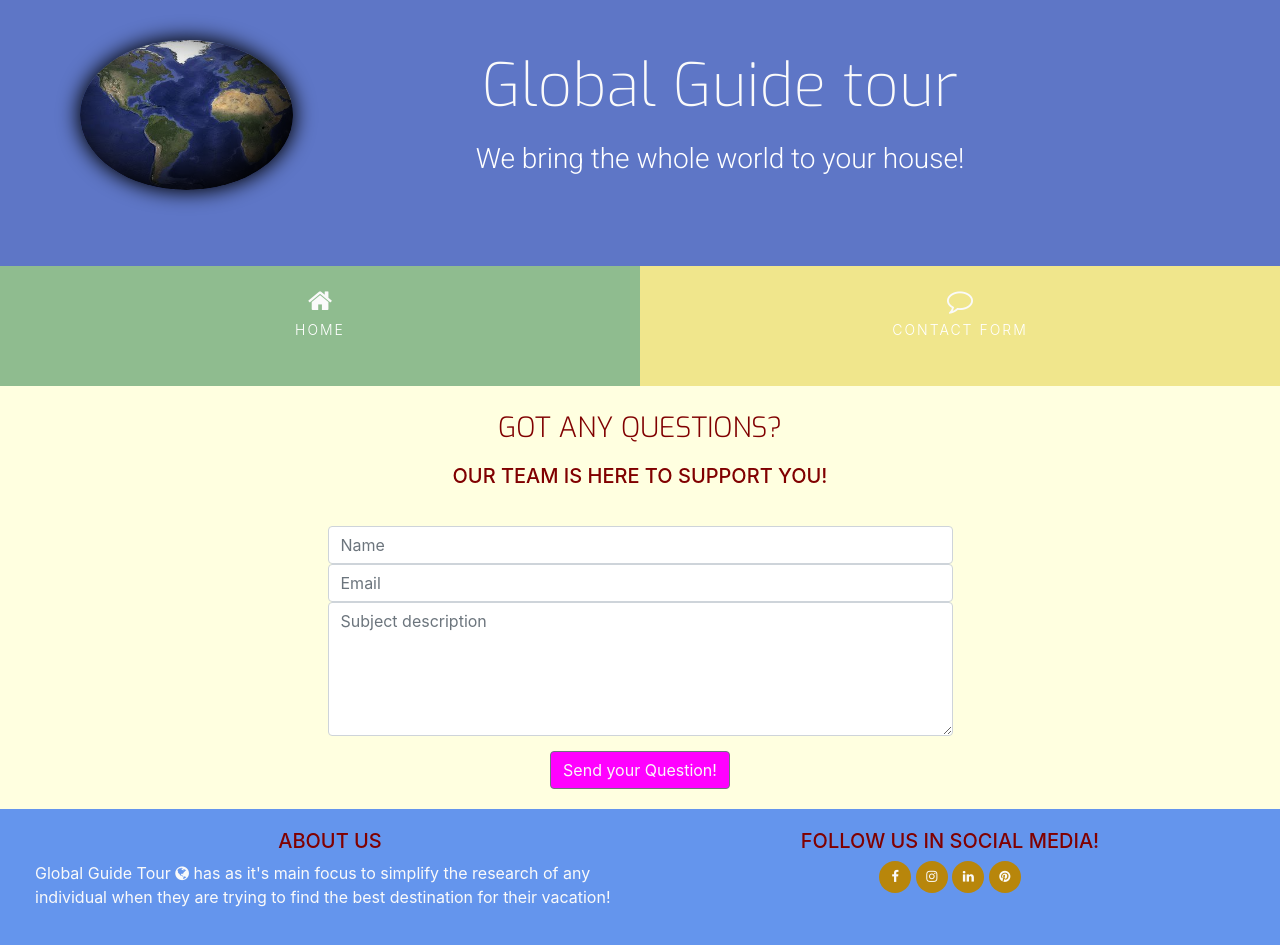
Repository: Bumper0417/2nd-Milestone-Project-with-Javascript
Page: contact-form.html
The author's editor kept a record of every edit. The page is drawn from the files as they stood at one moment, then again after the next edit.
The browser window is 1280 px wide. The pictures show the whole page.
Some web libraries are served in a nearby version.

Above is the page before.

### contact-form.html
<!DOCTYPE html>
<html>
  <head>
    <title>Second Milestone Project</title>
    <meta name="viewport" content="initial-scale=1.0, user-scalable=no">
    <meta charset="utf-8">
    <link rel="stylesheet" href="https://maxcdn.bootstrapcdn.com/bootstrap/4.2.1/css/bootstrap.min.css" type="text/css" />
    <link rel="stylesheet" href="https://maxcdn.bootstrapcdn.com/font-awesome/4.7.0/css/font-awesome.min.css" type="text/css" />
    <link rel="stylesheet" href="https://cdnjs.cloudflare.com/ajax/libs/hover.css/2.3.1/css/hover-min.css" type="text/css" />
    <link rel="stylesheet" href="assets/css/style.css" type="text/css" />
  </head>
  <body>
    <header>
        <div class="row no-gutters">
            <a href="index.html" class="col-md-2 logo"></a>
            <div class="col-md-8 ">
                <div class="row no-gutters bg-color-name-title">
                    <div class="col col-heading">
                        <h1 class="name">Global Guide tour</h1>
                        <h2 class="title">We bring the whole world to your house!</h2>
                    </div>
                </div>
            </div>
        </div>
        <div class="row no-gutters">
                        <ul id="nav" class="list-inline menucontainer">
                            <li class="col-12 col-sm-6 ui-menu-color-home list-inline-item menuitem">
                                <a href="index.html" class="hvr-sweep-to-bottom"><i class="fa fa-home" aria-hidden="true"></i><span>Home </span></a>
                            </li>

                            <li class="col-12 col-sm-6 ui-menu-color-contact list-inline-item menuitem">
                                <a href="contact-form.html" class="hvr-sweep-to-bottom"><i class="fa fa-comment-o" aria-hidden="true"></i><span>Contact Form</span></a>
                            </li>
                        </ul>
        </div>
    </header>
    <section class="container-fluid">
        <div class="row bg-color-contact">
            <div class="col">
                <h3 class="contact-heading uppercase text-center">Got any Questions?</h3>
                <h5 class="uppercase text-center">Our Team is here to support you!</h5>

                <div class="center-form">
                    <form>
                        <input type="text" name="name" id="fullname" class="form-control" placeholder="Name" required/>
                        <input type="email" name="email" id="emailaddress" class="form-control" placeholder="Email" required/>
                        <textarea rows="5"  name="subjectsummary" id="subjectsummary" class="form-control" placeholder="Subject description" required></textarea>
                        <div class="form-row text-center">
                            <div class="col">
                                <button type="submit" class="btn btn-secondary">Send your Question!</button>
                            </div>
                        </div>
                    </form>
                </div>
            </div>
        </div>

    </section>
    <footer class="container-fluid">
      <div id="footer-details" class="row">
        <div class="col-md-6">
          <h5 class="uppercase general-sub">About Us</h5>
          <p class="inline-block">
            Global Guide Tour <i class="fa fa-globe"></i> has as it's main focus to simplify the research of any individual when they are trying to find the best destination for their vacation!
          </p>
        </div>
        <div class="col-md-6">
          <h5 class="uppercase general-sub">Follow us in Social Media!</h5>
          <ul class="list-inline social-links">
                    <li class="list-inline-item">
                        <a target="_blank" href="http://facebook.com/christos.gkoros">
                            <i class="fa fa-facebook" aria-hidden="true"></i>
                            <span class="sr-only">Facebook</span>
                        </a>
                    </li>
                    <li class="list-inline-item">
                        <a target="_blank" href="https://www.instagram.com/xristosgoros/">
                            <i class="fa fa-instagram" aria-hidden="true"></i>
                            <span class="sr-only">Instagram</span>
                        </a>
                    </li>
                    <li class="list-inline-item">
                        <a target="_blank" href="https://www.linkedin.com/in/christos-gkoros-1090a784/">
                            <i class="fa fa-linkedin" aria-hidden="true"></i>
                            <span class="sr-only">LinkedIn</span>
                        </a>
                    </li>
                    <li class="list-inline-item">
                        <a target="_blank" href="https://no.pinterest.com/chrisgoros13/">
                            <i class="fa fa-pinterest" aria-hidden="true"></i>
                            <span class="sr-only">Pinterest</span>
                        </a>
                    </li>
                </ul>
        </div>
      </div>
    </footer>
  </body>
</html>

### assets/css/style.css
@import url('https://fonts.googleapis.com/css?family=Roboto:100,200,300,400,500,600,700|Exo:100,200,300,400,500,600,700');

/*------------Colors--------*/

.bg-color-name-title {
    background-color:#5e76c6;
}

.bg-color-contact{
    background-color:#FFFFE0;
}

.ui-menu-color-home {
    background-color: 	#8FBC8F;
}

.ui-menu-color-contact {
    background-color:#F0E68C;
}


 /*-----Heading-----*/
header {
    background-color:#5e76c6;
    background-size:cover;
    margin: 0;
}

.heading {
    margin-left: 50px;
}

.logo {
    height:150px;
    background: url('../wireframes/earth.jpg');
    border-radius:50%;
    margin-right: 30px;
    margin-left: 80px;
    background-position: cover;
    top:40px;
    background-size: cover;
    box-shadow: -20px -20px 50px 2px #000 inset, 0 0 20px 2px #000;
    animation: spin 30s linear alternate infinite ;
    background-repeat: no-repeat;
    transition: all .5s ease-in-out;
    -moz-transition: all .5s ease-in-out;
    -webkit-transition: all .5s ease-in-out;
}

@keyframes spin {
    100%{background-position: 100%}
}


.name {
    font-family: "Exo", sans-serif;
    font-weight: 200;
    font-size: 60px;
    margin-top: 50px;
    margin-right: 60px;
    color:#fafafa;
    text-align: center;
}

.title {
    font-family: "Roboto", sans-serif;
    font-weight: 300;
    font-size: 28px;
    margin-top: 20px;
    margin-bottom: 90px;
    margin-right: 60px;
    color:#FFFFFF;
    text-align:center;
}


.list-inline-item:not(:last-child) {
    margin: 0;
}
.menucontainer {
    font-size: 0;
}

#nav {
    margin: 0;
    width: 100%;
}
#nav li {
    font-size: 14px;
    padding: 0;
}
.menuitem {
    height: 120px;
    text-align: center;
    padding: 0;
}
.menuitem a {
    width: 100%;
    text-decoration: none;
    color: #fff;
    height: 120px;
}
.menuitem a i {
    padding-top: 22px;
    display: block;
    color: #fafafa;
    font-size: 26px;
}

.menuitem span {
    display: block;
    width: 100%;
    padding-top: 5px;
    text-align: center;
    text-transform: uppercase;
    font-size: 14px;
    font-weight: 300;
    letter-spacing: 2px;
}

/*-----Hover-----*/
.hvr-sweep-to-bottom:before {
    background: rgba(0, 0, 0, 0.2);
    height: 120px;
}

.hvr-sweep-to-top:before{
    background:rgba(0, 0, 0, 0.2);
}



  /* Always set the map height explicitly to define the size of the div
       * element that contains the map. */
#map {
  height: 50%;
  position: relative;
}
/* Optional: Makes the sample page fill the window. */
html, body {
  height: 100%;
  margin: 0;
  padding: 0;
}
#description {
  font-family: Roboto;
  font-size: 15px;
  font-weight: 300;
}

#infowindow-content .title {
  font-weight: bold;
}

#infowindow-content {
  display: none;
}

#map #infowindow-content {
  display: inline;
}

.pac-card {
  margin: 10px 10px 0 0;
  border-radius: 2px 0 0 2px;
  box-sizing: border-box;
  -moz-box-sizing: border-box;
  outline: none;
  box-shadow: 0 2px 6px rgba(0, 0, 0, 0.3);
  background-color: #fff;
  font-family: Roboto;
}

#pac-container {
  padding-bottom: 12px;
  margin-right: 12px;
}

.pac-controls {
  display: inline-block;
  padding: 5px 11px;
}

.pac-controls label {
  font-family: Roboto;
  font-size: 13px;
  font-weight: 300;
}

#pac-input {
  background-color: #fff;
  font-family: Roboto;
  font-size: 15px;
  font-weight: 300;
  margin-left: 12px;
  padding: 0 11px 0 13px;
  text-overflow: ellipsis;
  width: 400px;
}

#pac-input:focus {
  border-color: #4d90fe;
}

#title {
  color: #fff;
  background-color: #4d90fe;
  font-size: 25px;
  font-weight: 500;
  padding: 6px 12px;
}

 /*----Footer-----*/

footer{
    background-color:	#6495ED;
    color: #fafafa;
    min-height: 120px;
    margin: 0;
}

.social-links{
    padding-bottom: 15px;
    text-align: center;
 }
.social-links li a i{
    width: 32px;
    height: 32px;
    padding: 12px 0;
    border-radius: 50%;
    font-size: 13px;
    line-height: 7px;
    text-align:center;
    color:#fafafa;
    background-color:	#B8860B;
    -moz-transition: all 0.35s ease-in-out;
    -webkit-transition: all 0.35s ease-in-out;
    -o-transition: all 0.35s ease-in-out;

}
.social-links li a i:hover{
     background-color: 	#9932CC;
}
#footer-details{
    padding: 20px;
}

.uppercase{
  text-transform: uppercase;
  text-align: center;
}

/*--------Contact Form------*/

.contact-heading{
    font-family: "Exo", sans-serif;
    font-weight: 300;
    margin-top: 25px;
    margin-bottom: 20px;
    color:	#800000;
}

.uppercase{
    text-transform: uppercase;
    color: #800000;
}

.center-form{
    padding-top: 10px;
    margin:0 auto;
    max-width: 70%;

}

button[type="submit"]{
    margin-top: 15px;
    margin-bottom: 20px;
    color:#fafafa;
    background-color: 	#FF00FF;}

/*--------Media Queries------*/

@media(min-width: 992px){
    .center-form{
      padding-top: 30px;
      min-height: 240px;
      margin:0 auto;
      max-width: 50%;
    }
}

@media(max-width: 500px){
    .logo{
        height:240px;
        padding-top: 40px;
        margin-bottom: 60px;
        margin-left: 26px;
        margin-right: 19px;
    }
}

After the next edit:
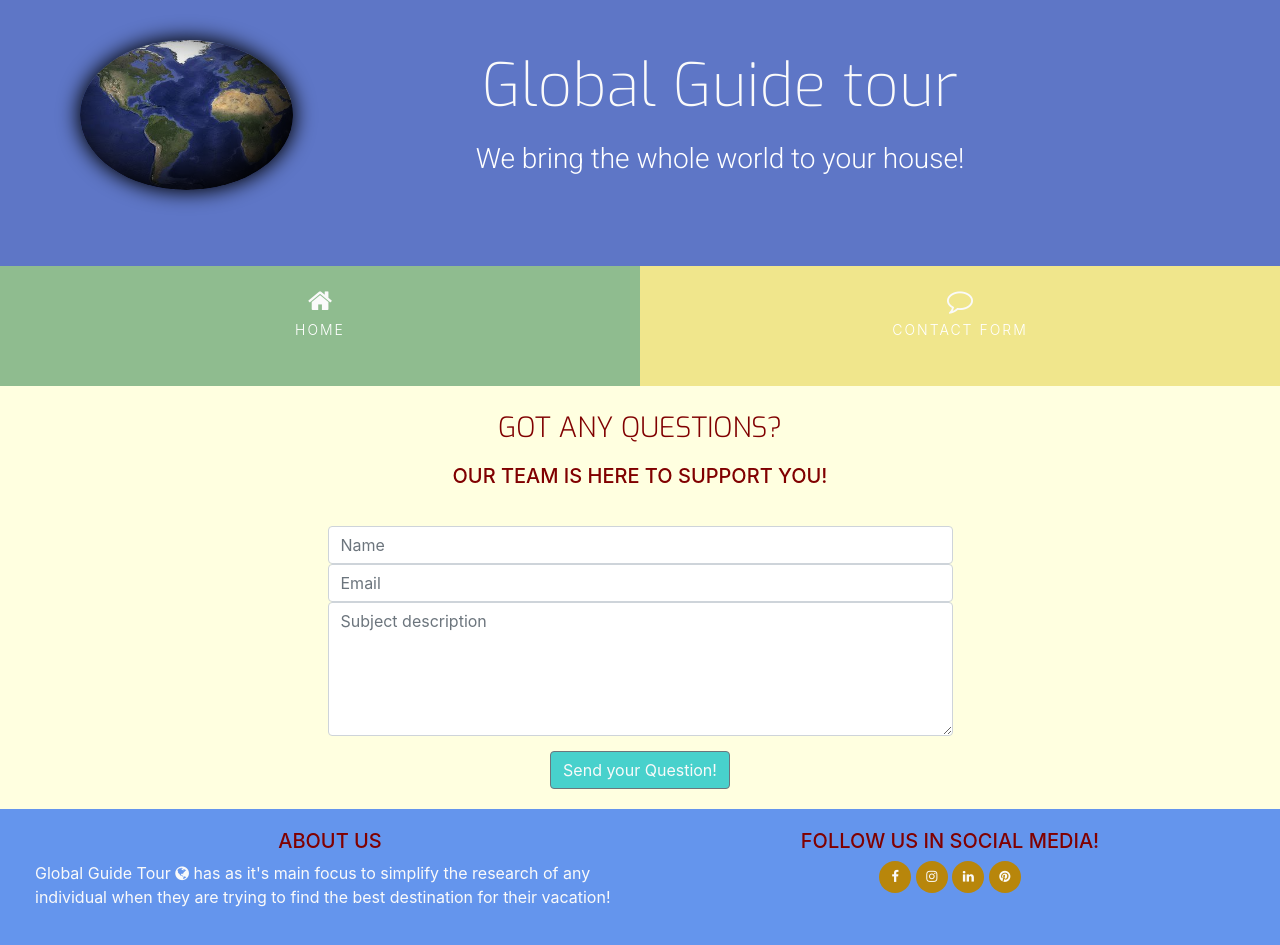
The edit:
--- a/assets/css/style.css
+++ b/assets/css/style.css
@@ -276,7 +276,7 @@
     margin-top: 15px;
     margin-bottom: 20px;
     color:#fafafa;
-    background-color: 	#FF00FF;}
+    background-color:#48D1CC;}
 
 /*--------Media Queries------*/
 
